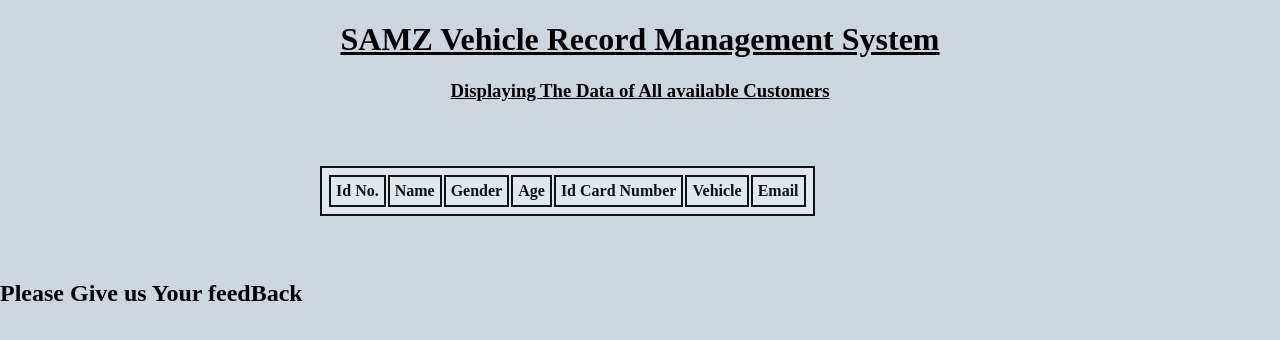
Repository: MUHAMMAD-SAQIB-2000/SpringBoot
Page: http://localhost/WebServiceRecordManagementSystem/CustomerList.jsp
The author's editor kept a copy of each file at every save. The page is drawn from the files as they stood at one save, then again after the next save.
The browser window is 1280 px wide. The pictures show the whole page.
The page is served by Tomcat 9. Other server files are loaded and not shown. The template is opened directly, without the code that normally fills it, so the values that code supplies are empty.

Above is the page before, as saved 2020-08-11 18:57:35.

### WebServiceRecordManagementSystem/src/main/webapp/CustomerList.jsp
<%@ page language="java" contentType="text/html; charset=ISO-8859-1"
	pageEncoding="ISO-8859-1"%>
<%@ taglib prefix="form" uri="http://www.springframework.org/tags/form"%>
<%@ taglib uri="http://java.sun.com/jsp/jstl/core" prefix="c"%>
<!DOCTYPE html>
<html>
<head>
<meta charset="ISO-8859-1">
<title>Customers Record Form</title>
<style>
body{
margin:0px;
padding:0px;
background-color: #CCD6DD;
}
table, th, td {
	text-align:center;
	border: 2px solid #111;
	margin:10px;
	padding:5px;
}
.tableCSS{
	background-color:#E1E8ED;
	color:#111;
	margin:5% 25%;
}
.h{
	text-align:center;
	text-decoration: underline;
}
</style>
</head>
<body>
<main>
	<div>
	<h1 class="h">SAMZ Vehicle Record Management System</h1>
	<h3 class="h">Displaying The Data of All available Customers</h3>
	</div>
	<div>
		<table  class="tableCSS">
			<thead>
				<tr>
					<th>Id No.</th>
					<th>Name</th>
					<th>Gender</th>
					<th>Age</th>
					<th>Id Card Number</th>
					<th>Vehicle</th>
					<th>Email</th>
				</tr>
			</thead>
			<tbody>
				<c:forEach items="${list}" var="customer">
					<tr>
						<td>${customer.customerID}</td>
						<td>${customer.customerName}</td>
						<td>${customer.customerGender}</td>
						<td>${customer.customerAge}</td>
						<td>${customer.customerIdCardNumber}</td>
						<td>${customer.customerVehicle}</td>
						<td>${customer.customerEmail}</td>
					</tr>
				</c:forEach>
			</tbody>
		</table>
	</div>
	</main>
	<footer>
		<h2>Please Give us Your feedBack</h2>
	</footer>
</body>
</html>

After the next save:
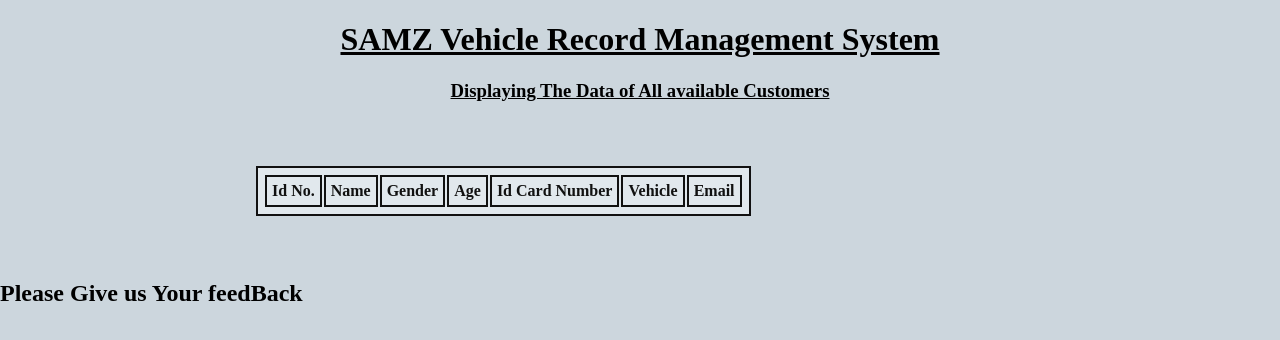
Saved 3 min 55 s later.
--- a/WebServiceRecordManagementSystem/src/main/webapp/CustomerList.jsp
+++ b/WebServiceRecordManagementSystem/src/main/webapp/CustomerList.jsp
@@ -22,7 +22,7 @@ table, th, td {
 .tableCSS{
 	background-color:#E1E8ED;
 	color:#111;
-	margin:5% 25%;
+	margin:5% 20%;
 }
 .h{
 	text-align:center;
